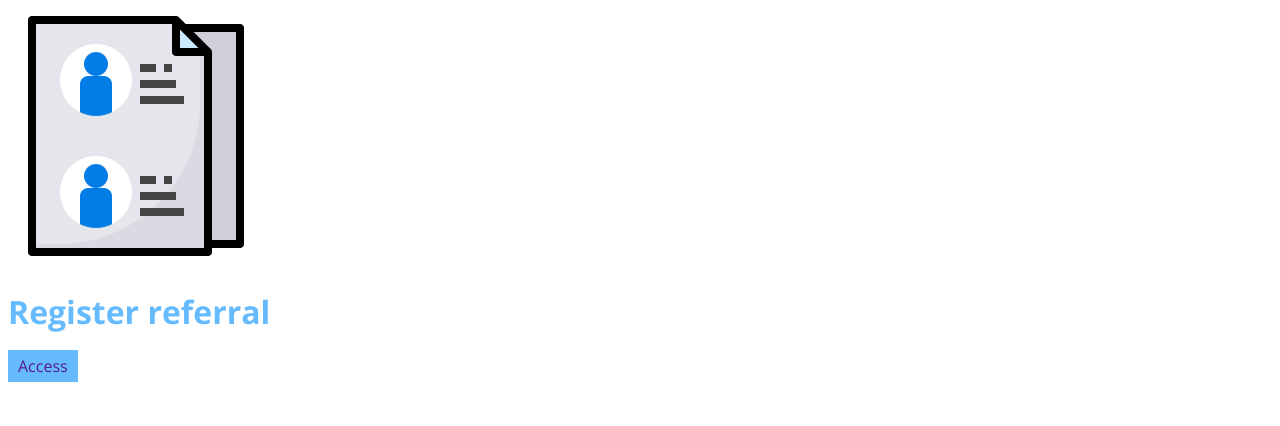
Repository: israelrodriguees/QAactivity
Page: http://localhost/referral/
These files come from the project's save history. The page is drawn as it stood at one moment and after the next save; the edit follows.
The browser window is 1280 px wide. The pictures show the whole page.
The page is served by Tomcat 9. Other server files are loaded and not shown.

Above is the page before, as saved 2021-08-16 15:24:22.

### referral/src/main/webapp/index.html
<!DOCTYPE html>
<html>
<head>
<meta charset="ISO-8859-1">
<title>Referral Form</title>
<link rel="icon" href="images/form.png">
<link rel="stylesheet" href="style.css">
</head>
<body>
<img src="images/bigform.png">
	<h1>Register referral</h1>
	<a href="" class="button1">Access</a>
</body>
</html>

### referral/src/main/webapp/style.css
@charset "ISO-8859-1";
@import url('https://fonts.googleapis.com/css2?family=Open+Sans:wght@400;700&display=swap');

body{
	font-family: 'Open Sans', sans-serif;;
	font-size: 1em;
	font-weight: 400;
}

h1{
	color: #66bbff;
}

.button1{
	text-decoration: none;
	background-color: #66bbff;
	padding: 5px 10px 5px 10px;

}

After the next save:
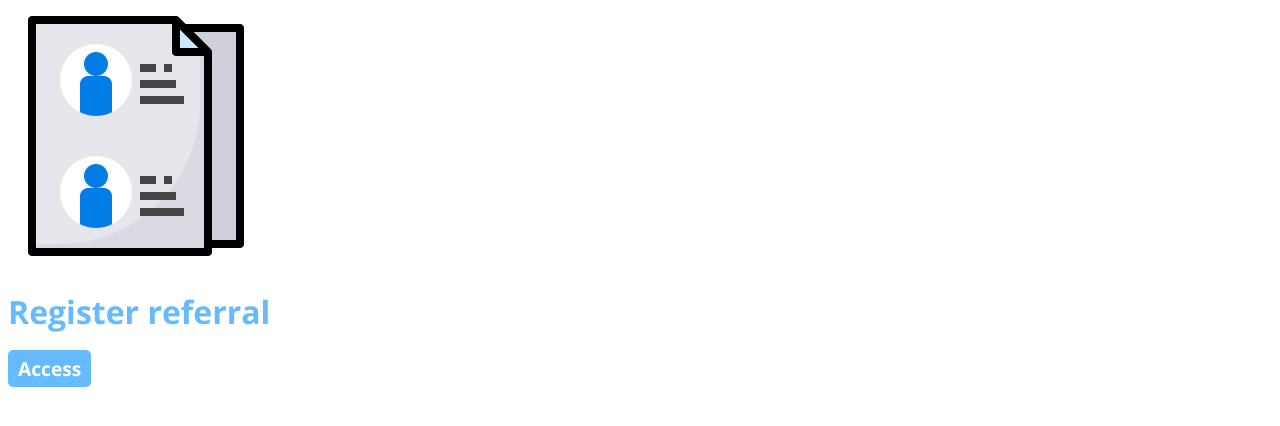
Saved 51 s later.
--- a/referral/src/main/webapp/style.css
+++ b/referral/src/main/webapp/style.css
@@ -15,5 +15,8 @@ h1{
 	text-decoration: none;
 	background-color: #66bbff;
 	padding: 5px 10px 5px 10px;
-
+	color: #fff;
+	font-size: 1.2em;
+	font-weight: 700;
+	border-radius: 5px;
 }
